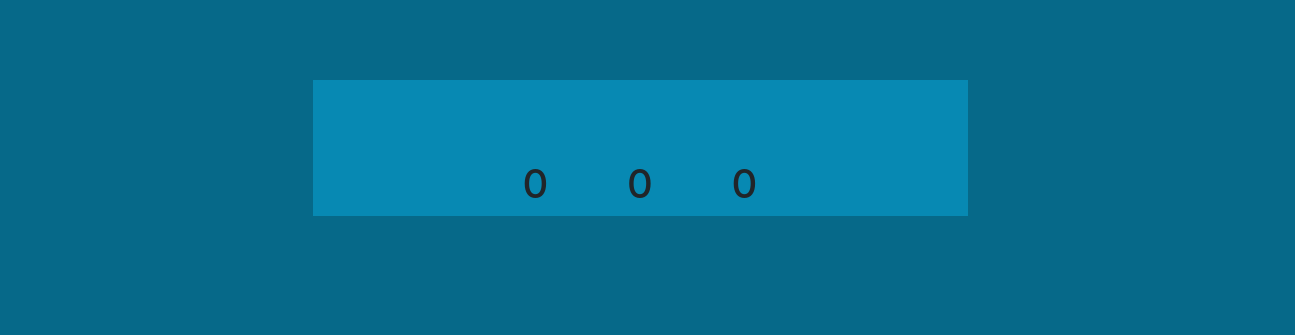
Repository: moiz9265/stopwatch
Page: index.html
These files come from the project's save history. The page is drawn as it stood at one moment and after the next save; the edit follows.
The browser window is 1280 px wide. The page is 1295 px wide, so the pictures cover 1295 px, including what lies to the right of the window. The pictures show the whole page.

Above is the page before, as saved 2020-07-09 22:55:39.

After the next save:
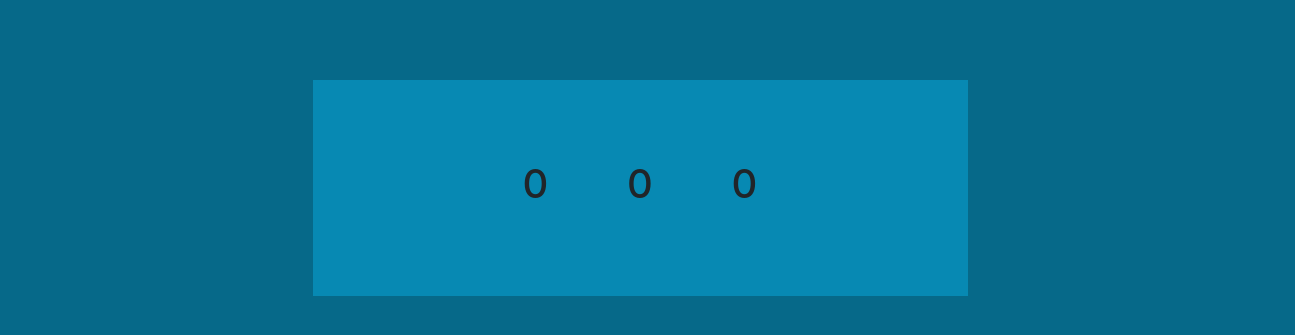
Saved 5 s later.
--- a/css/style.css
+++ b/css/style.css
@@ -8,7 +8,7 @@ body{
     width: 40%;
     background-color: #0789B3;
     padding-top: 80px;
-    padding-top: 80px;
+    padding-bottom: 80px;
     padding-top: 80px;
     padding-top: 80px;
 
